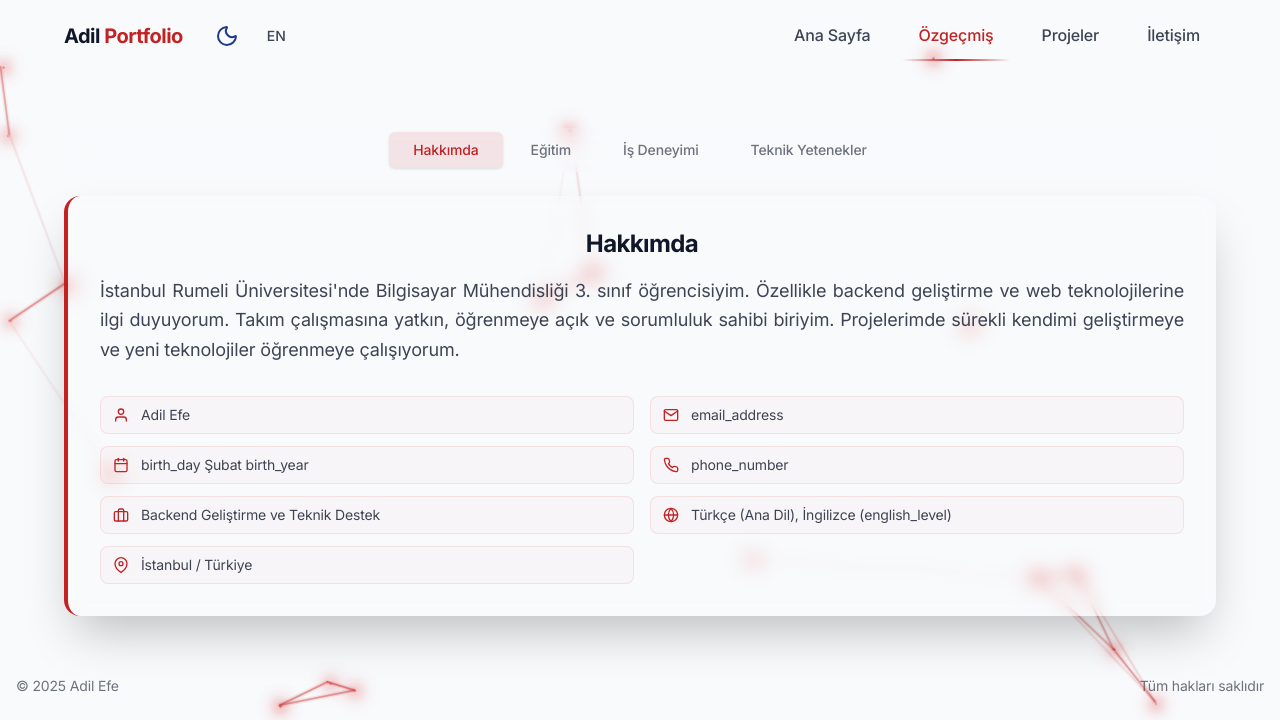
Repository: jusiann/personal-portfolio
Page: /tr/resume (app in my-portfolio/)
An editor plug-in stored every save of this project. The page is shown before and after a run of saves, followed by the edit.
The browser window is 1280 px wide. The pictures show the whole page.
The project was rebuilt for these pictures with package versions that can differ from the ones it lists, and the page was loaded fresh each time. Also part of the build but not shown: my-portfolio/vite.config.js, my-portfolio/src/components/HomeImage.jsx, my-portfolio/src/components/SocialLinks.jsx, my-portfolio/src/components/HomeCard.jsx, my-portfolio/src/pages/Home.jsx, my-portfolio/src/components/ProjectCard.jsx, my-portfolio/src/pages/Projects.jsx, my-portfolio/src/components/ContactCard.jsx and 2 more.

Above is the page before, as saved 2025-11-23 19:42:30.

### my-portfolio/index.html
<!doctype html>
<html lang="en">
  <head>
    <meta charset="UTF-8" />
    <link rel="icon" type="image/svg+xml" href="/vite.svg" />
    <meta name="viewport" content="width=device-width, initial-scale=1.0" />
    <link rel="preconnect" href="https://fonts.googleapis.com">
    <link rel="preconnect" href="https://fonts.gstatic.com" crossorigin>
    <link href="https://fonts.googleapis.com/css2?family=Inter:wght@300;400;500;600;700;800&family=Source+Code+Pro:wght@400;500;600&display=swap" rel="stylesheet">
    <title>my-portfolio</title>
  </head>
  <body>
    <div id="root"></div>
    <script type="module" src="/src/main.jsx"></script>
  </body>
</html>

### my-portfolio/src/pages/Resume.jsx
import { CrimsonWebBackground } from "../components/CrimsonWebBackground";
import { Navbar } from "../components/Navbar";
import { PageTransition } from "../components/PageTransition";
import { ResumeCard } from "../components/ResumeCard";
import { Footer } from "../components/Footer";


export const Resume = () => {

    return (
        <PageTransition>
            <div className="
                min-h-screen
                bg-background
                text-foreground
                overflow-x-hidden
                flex
                flex-col
            ">

                {/* BACKGROUND EFFECTS */}
                <CrimsonWebBackground />

                {/* NAVBAR */}
                <Navbar />

                {/* MAIN CONTENT */}
                <ResumeCard />

                {/* FOOTER */}
                <Footer />
            </div>
        </PageTransition>
    );
};

### my-portfolio/src/components/Footer.jsx
import {useLanguage} from "../lib/utils";

export const Footer = () => {
    const {translate} = useLanguage();
    const currentYear = new Date().getFullYear();

    return (
        <footer className="w-full py-6 mt-auto">
            <div className="max-w-7xl mx-auto px-4">
                <div className="flex flex-col md:flex-row items-center justify-between gap-2 text-center md:text-left">

                    {/* COPYRIGHT */}
                    <p className="text-foreground/60 text-sm">
                        © {currentYear} {translate('profile_name')} {translate('profile_surname')}
                    </p>

                    {/* RIGHTS RESERVED */}
                    <p className="text-foreground/60 text-sm">
                        {translate('rights_reserved')}
                    </p>
                </div>
            </div>
        </footer>
    );
};

### my-portfolio/src/components/ResumeCard.jsx
import {useState} from 'react';
import {useLanguage} from '../lib/utils';
import {cn} from '../lib/utils';
import {
    SiHtml5, SiCss3, SiJavascript, SiReact, SiBootstrap, SiTailwindcss,
    SiCplusplus, SiPython, SiPostgresql, SiMongodb, SiMysql, SiNodedotjs, SiExpress,
    SiGit, SiFigma, SiPostman, SiBlender, SiUnity, SiJsonwebtokens, SiNpm, SiJira, SiEslint,
} from 'react-icons/si';
import {FaJava} from 'react-icons/fa';
import {VscVscode} from 'react-icons/vsc';
import {FiMail, FiPhone, FiUser, FiCalendar, FiBriefcase, FiMapPin, FiGlobe} from 'react-icons/fi';

export const ResumeCard = () => {
    const {translate} = useLanguage();
    const [activeTab, setActiveTab] = useState('about');

    const tabs = [
        {id: 'about', label: translate('resume_about_title')},
        {id: 'education', label: translate('resume_education_title')},
        {id: 'experience', label: translate('resume_experience_title')},
        {id: 'skills', label: translate('resume_skills_title')},
    ];

    const renderContent = () => {
        switch (activeTab) {
            case 'about':
                return (
                    <div>
                        <h3 className="text-2xl font-heading font-bold text-foreground mb-4">
                            {translate('resume_about_title')}
                        </h3>
                        <p className="text-foreground/80 leading-relaxed text-lg mb-8 text-justify">
                            {translate('profile_about_text')}
                        </p>
                        <div className="grid grid-cols-1 md:grid-cols-2 gap-4">
                            <div className="space-y-3">
                                <div className="flex items-start gap-3 p-2 pl-3 rounded-lg bg-primary/2 border border-primary/10 hover:bg-primary/4 transition-colors duration-200">
                                    <FiUser className="text-primary mt-0.5 shrink-0" />
                                    <span className="text-foreground/80 text-sm">{translate('profile_name')} {translate('profile_surname')}</span>
                                </div>
                                <div className="flex items-start gap-3 p-2 pl-3 rounded-lg bg-primary/2 border border-primary/10 hover:bg-primary/4 transition-colors duration-200">
                                    <FiCalendar className="text-primary mt-0.5 shrink-0" />
                                    <span className="text-foreground/80 text-sm">{translate('birth_day')} {translate('february')} {translate('birth_year')}</span>
                                </div>
                                <div className="flex items-start gap-3 p-2 pl-3 rounded-lg bg-primary/2 border border-primary/10 hover:bg-primary/4 transition-colors duration-200">
                                    <FiBriefcase className="text-primary mt-0.5 shrink-0" />
                                    <span className="text-foreground/80 text-sm">{translate('current_position')}</span>
                                </div>
                                <div className="flex items-start gap-3 p-2 pl-3 rounded-lg bg-primary/2 border border-primary/10 hover:bg-primary/4 transition-colors duration-200">
                                    <FiMapPin className="text-primary mt-0.5 shrink-0" />
                                    <span className="text-foreground/80 text-sm">{translate('location_city')}</span>
                                </div>
                            </div>
                            <div className="space-y-3">
                                <div className="flex items-start gap-3 p-2 pl-3 rounded-lg bg-primary/2 border border-primary/10 hover:bg-primary/4 transition-colors duration-200">
                                    <FiMail className="text-primary mt-0.5 shrink-0" />
                                    <span className="text-foreground/80 text-sm">{translate('email_address')}</span>
                                </div>
                                <div className="flex items-start gap-3 p-2 pl-3 rounded-lg bg-primary/2 border border-primary/10 hover:bg-primary/4 transition-colors duration-200">
                                    <FiPhone className="text-primary mt-0.5 shrink-0" />
                                    <span className="text-foreground/80 text-sm">{translate('phone_number')}</span>
                                </div>
                                <div className="flex items-start gap-3 p-2 pl-3 rounded-lg bg-primary/2 border border-primary/10 hover:bg-primary/4 transition-colors duration-200">
                                    <FiGlobe className="text-primary mt-0.5 shrink-0" />
                                    <span className="text-foreground/80 text-sm">{translate('turkish')} ({translate('native')}), {translate('english')} ({translate('english_level')})</span>
                                </div>
                            </div>
                        </div>
                    </div>
                );
            case 'education':
                return (
                    <div>
                        <h3 className="text-2xl font-heading font-bold text-foreground mb-6">
                            {translate('resume_education_title')}
                        </h3>
                        <div className="space-y-4">
                            <div className="border-l-4 border-primary pl-4">
                                <h4 className="text-lg font-semibold text-foreground">
                                    {translate('education_university_degree')}
                                </h4>
                                <p className="text-primary font-medium">
                                    {translate('education_university_name')}
                                </p>
                                <p className="text-sm text-foreground/60">
                                    {translate('education_university_start')} - {translate('present')}
                                </p>
                            </div>
                            <div className="border-l-4 border-primary/50 pl-4">
                                <h4 className="text-lg font-semibold text-foreground">
                                    {translate('education_highschool_degree')}
                                </h4>
                                <p className="text-primary/80 font-medium">
                                    {translate('education_highschool_name')}
                                </p>
                                <p className="text-sm text-foreground/60">
                                    {translate('education_highschool_start')} - {translate('education_highschool_end')}
                                </p>
                            </div>
                        </div>
                    </div>
                );
            case 'experience':
                return (
                    <div>
                        <h3 className="text-2xl font-heading font-bold text-foreground mb-6">
                            {translate('resume_experience_title')}
                        </h3>
                        <div className="space-y-6">
                            <div className="border-l-4 border-primary pl-4">
                                <h4 className="text-lg font-semibold text-foreground">
                                    {translate('experience_yapiradar_title')}
                                </h4>
                                <p className="text-primary font-medium">
                                    {translate('experience_yapiradar_company')}
                                </p>
                                <p className="text-sm text-foreground/60 mb-2">
                                    {translate('experience_yapiradar_start')} - {translate('present')}
                                </p>
                                <p className="text-sm text-foreground/70">
                                    {translate('experience_yapiradar_description')}
                                </p>
                            </div>
                        </div>
                    </div>
                );
            case 'skills': {
                const skillsData = {
                    frontend: [
                        {name: 'HTML5', icon: SiHtml5},
                        {name: 'CSS3', icon: SiCss3},
                        {name: 'JavaScript', icon: SiJavascript},
                        {name: 'React', icon: SiReact},
                        {name: 'Bootstrap', icon: SiBootstrap},
                        {name: 'Tailwind CSS', icon: SiTailwindcss},
                    ],
                    backend: [
                        {name: 'C++', icon: SiCplusplus},
                        {name: 'Java', icon: FaJava},
                        {name: 'Python', icon: SiPython},
                        {name: 'Node.js', icon: SiNodedotjs},
                        {name: 'Express', icon: SiExpress},
                        {name: 'PostgreSQL', icon: SiPostgresql},
                        {name: 'MongoDB', icon: SiMongodb},
                        {name: 'MySQL', icon: SiMysql},
                    ],
                    tools: [
                        {name: 'Git', icon: SiGit},
                        {name: 'VS Code', icon: VscVscode},
                        {name: 'Postman', icon: SiPostman},
                        {name: 'JWT', icon: SiJsonwebtokens},
                        {name: 'NPM', icon: SiNpm},
                        {name: 'Jira', icon: SiJira},
                        {name: 'ESLint', icon: SiEslint},
                        {name: 'Blender', icon: SiBlender},
                        {name: 'Unity', icon: SiUnity},
                    ]
               };

                return (
                    <div>
                        <h3 className="text-2xl font-heading font-bold text-foreground mb-6">
                            {translate('resume_skills_title')}
                        </h3>
                        <div className="grid grid-cols-1 md:grid-cols-2 gap-6">
                            <div>
                                <h4 className="text-lg font-semibold text-primary mb-3">
                                    {translate('resume_skills_frontend')}
                                </h4>
                                <div className="flex flex-wrap gap-3">
                                    {skillsData.frontend.map(skill => (
                                        <div
                                            key={skill.name}
                                            className="relative group"
                                        >
                                            <div className="w-12 h-12 bg-primary/10 hover:bg-primary/20 rounded-lg flex items-center justify-center transition-colors duration-200 md:hover:scale-110 md:transition-transform cursor-pointer text-foreground/70 hover:text-primary">
                                                <skill.icon className="w-7 h-7" />
                                            </div>
                                            <div className="hidden md:block absolute -top-10 left-1/2 transform -translate-x-1/2 bg-background/95 text-foreground text-xs px-2 py-1 rounded opacity-0 group-hover:opacity-100 transition-opacity duration-200 pointer-events-none whitespace-nowrap border border-primary/20 shadow-lg">
                                                {skill.name}
                                            </div>
                                        </div>
                                    ))}
                                </div>
                            </div>
                            <div>
                                <h4 className="text-lg font-semibold text-primary mb-3">
                                    {translate('resume_skills_backend')}
                                </h4>
                                <div className="flex flex-wrap gap-3">
                                    {skillsData.backend.map(skill => (
                                        <div
                                            key={skill.name}
                                            className="relative group"
                                        >
                                            <div className="w-12 h-12 bg-primary/10 hover:bg-primary/20 rounded-lg flex items-center justify-center transition-colors duration-200 md:hover:scale-110 md:transition-transform cursor-pointer text-foreground/70 hover:text-primary">
                                                <skill.icon className="w-7 h-7" />
                                            </div>
                                            <div className="hidden md:block absolute -top-10 left-1/2 transform -translate-x-1/2 bg-background/95 text-foreground text-xs px-2 py-1 rounded opacity-0 group-hover:opacity-100 transition-opacity duration-200 pointer-events-none whitespace-nowrap border border-primary/20 shadow-lg">
                                                {skill.name}
                                            </div>
                                        </div>
                                    ))}
                                </div>
                            </div>
                            <div>
                                <h4 className="text-lg font-semibold text-primary mb-3">
                                    {translate('resume_skills_tools')}
                                </h4>
                                <div className="flex flex-wrap gap-3">
                                    {skillsData.tools.map(skill => (
                                        <div
                                            key={skill.name}
                                            className="relative group"
                                        >
                                            <div className="w-12 h-12 bg-primary/10 hover:bg-primary/20 rounded-lg flex items-center justify-center transition-colors duration-200 md:hover:scale-110 md:transition-transform cursor-pointer text-foreground/70 hover:text-primary">
                                                <skill.icon className="w-7 h-7" />
                                            </div>
                                            <div className="hidden md:block absolute -top-10 left-1/2 transform -translate-x-1/2 bg-background/95 text-foreground text-xs px-2 py-1 rounded opacity-0 group-hover:opacity-100 transition-opacity duration-200 pointer-events-none whitespace-nowrap border border-primary/20 shadow-lg">
                                                {skill.name}
                                            </div>
                                        </div>
                                    ))}
                                </div>
                            </div>
                        </div>
                    </div>
                );
           }
            default:
                return null;
       }
   };

    return (
        <div className="relative w-[90%] mx-auto min-h-[calc(100vh-8rem)] flex flex-col items-center justify-center pt-32 pb-8">
            <div className="w-full max-w-6xl">
                {/* Tab Navigation */}
                <div className="mb-6">
                    <div className="flex flex-col md:flex-row overflow-x-auto justify-center bg-background/20 backdrop-blur-sm rounded-lg p-1 gap-1">
                        {tabs.map((tab) => (
                            <button
                                key={tab.id}
                                onClick={() => setActiveTab(tab.id)}
                                className={cn(
                                    "px-6 py-2 text-sm font-medium transition-all duration-200 rounded-md min-w-fit w-full md:w-auto",
                                    activeTab === tab.id
                                        ? "text-primary bg-primary/10 shadow-sm"
                                        : "text-foreground/60 hover:text-foreground hover:bg-primary/5"
                                )}
                            >
                                {tab.label}
                            </button>
                        ))}
                    </div>
                </div>

                {/* Card */}
                <div
                    className="
                        relative
                        bg-card/10
                        backdrop-blur-sm
                        rounded-2xl
                        border-l-4
                        border-primary
                        shadow-2xl
                        overflow-hidden
                        transition-all
                        duration-500
                        hover:scale-[1.01]
                    "
                >
                    {/* Content */}
                    <div className="p-6 md:p-8 min-h-[400px]">
                        {renderContent()}
                    </div>
                </div>

                {/* Glow Effect */}
                <div
                    className="
                        absolute
                        -inset-4
                        bg-primary/5
                        blur-3xl
                        -z-10
                        opacity-50
                        animate-pulse-subtle
                    "
                />
            </div>
        </div>
    );
};

### my-portfolio/src/components/LanguageToggle.jsx
import {useNavigate, useLocation} from 'react-router-dom';
import {cn} from '../lib/utils';

export const LanguageToggle = () => {
    const navigate = useNavigate();
    const location = useLocation();
    const currentLang = location.pathname.startsWith("/en") ? "en" : "tr";

    const toggleLanguage = () => {
        const newLang = currentLang === "tr" ? "en" : "tr";
        const newPath = location.pathname.replace(`/${currentLang}`, `/${newLang}`);
        navigate(`${newPath}${location.hash}`);
    };

    return (
        <>
            {/* LANGUAGE TOGGLE BUTTON */}
            <button
                onClick={toggleLanguage}
                className={cn(
                    "px-3 py-2 transition-all duration-300",
                    "hover:scale-110 active:scale-95",
                    "focus:outline-none text-foreground/80 hover:text-foreground",
                    "text-sm font-medium uppercase"
                )}
            >
                {currentLang === "tr" ? "EN" : "TR"}
            </button>
        </>
    );
};

Loaded but not shown: my-portfolio/src/main.jsx (common file); my-portfolio/src/lib/translations.js (library); my-portfolio/src/lib/utils.js (19 lines, source omitted); my-portfolio/src/index.css (267 lines, source omitted); my-portfolio/src/components/ThemeToggle.jsx (133 lines, source omitted); my-portfolio/src/components/CrimsonWebBackground.jsx (183 lines, source omitted); my-portfolio/src/components/Navbar.jsx (139 lines, source omitted); my-portfolio/src/components/PageTransition.jsx (55 lines, source omitted); my-portfolio/src/App.jsx (42 lines, source omitted)

After the next 2 saves:
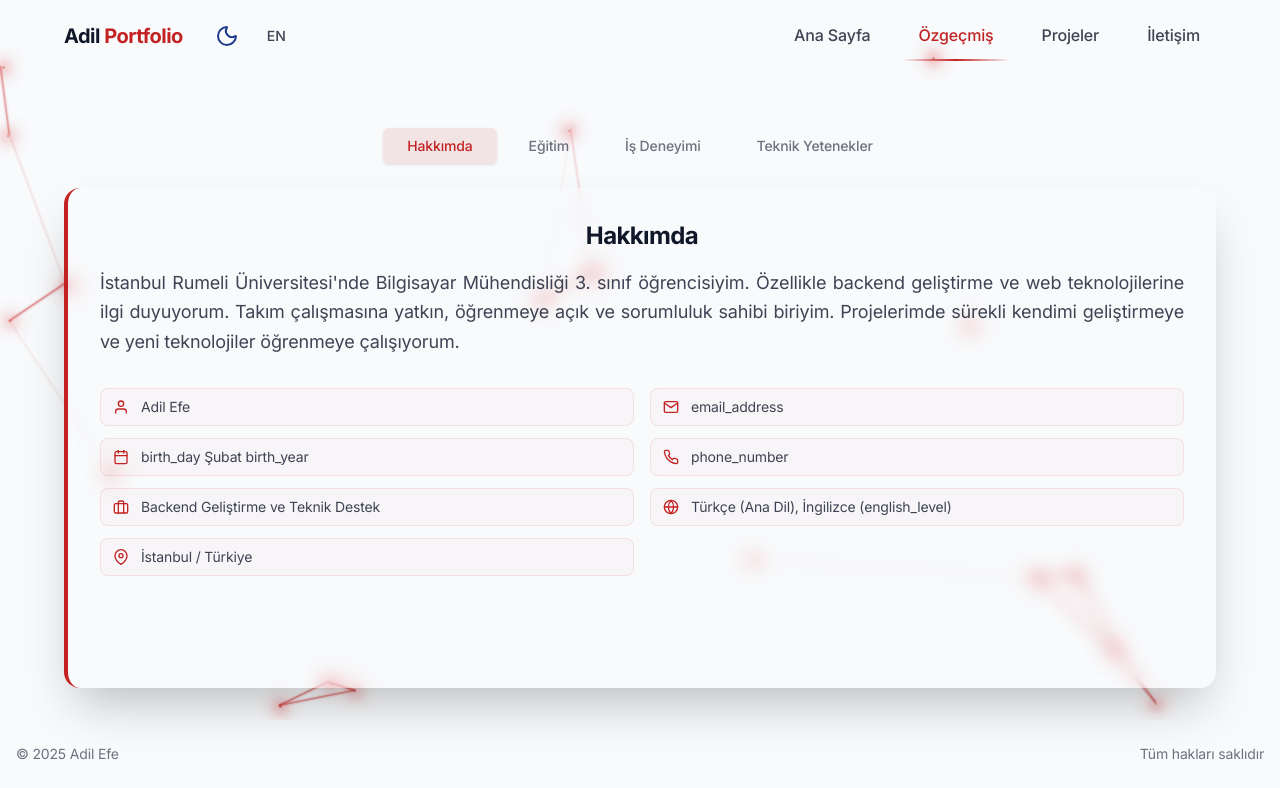
The 2 saves are shown as one change because they came seconds apart.
The last was saved 59 s later.
--- a/my-portfolio/src/components/ResumeCard.jsx
+++ b/my-portfolio/src/components/ResumeCard.jsx
@@ -236,23 +236,21 @@ export const ResumeCard = () => {
         <div className="relative w-[90%] mx-auto min-h-[calc(100vh-8rem)] flex flex-col items-center justify-center pt-32 pb-8">
             <div className="w-full max-w-6xl">
                 {/* Tab Navigation */}
-                <div className="mb-6">
-                    <div className="flex flex-col md:flex-row overflow-x-auto justify-center bg-background/20 backdrop-blur-sm rounded-lg p-1 gap-1">
-                        {tabs.map((tab) => (
-                            <button
-                                key={tab.id}
-                                onClick={() => setActiveTab(tab.id)}
-                                className={cn(
-                                    "px-6 py-2 text-sm font-medium transition-all duration-200 rounded-md min-w-fit w-full md:w-auto",
-                                    activeTab === tab.id
-                                        ? "text-primary bg-primary/10 shadow-sm"
-                                        : "text-foreground/60 hover:text-foreground hover:bg-primary/5"
-                                )}
-                            >
-                                {tab.label}
-                            </button>
-                        ))}
-                    </div>
+                <div className="sticky top-24 z-20 mb-6 flex flex-col md:flex-row justify-center gap-2">
+                    {tabs.map((tab) => (
+                        <button
+                            key={tab.id}
+                            onClick={() => setActiveTab(tab.id)}
+                            className={cn(
+                                "px-6 py-2 text-sm font-medium transition-all duration-200 rounded-md min-w-fit w-full md:w-auto",
+                                activeTab === tab.id
+                                    ? "text-primary bg-primary/10 shadow-sm"
+                                    : "text-foreground/60 hover:text-foreground hover:bg-primary/5"
+                            )}
+                        >
+                            {tab.label}
+                        </button>
+                    ))}
                 </div>
 
                 {/* Card */}
@@ -272,7 +270,7 @@ export const ResumeCard = () => {
                     "
                 >
                     {/* Content */}
-                    <div className="p-6 md:p-8 min-h-[400px]">
+                    <div className="p-6 md:p-8 h-[500px] overflow-y-auto">
                         {renderContent()}
                     </div>
                 </div>
